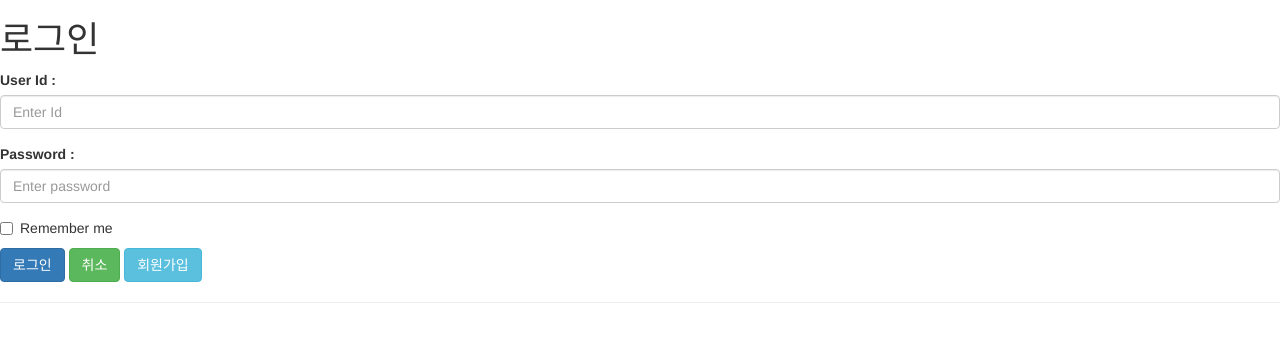
Repository: yjeongyjeong/jsp
Page: http://localhost/web-study-09-re/member/join.jsp
These files come from the project's save history. The page is drawn as it stood at one moment and after the next save; the edit follows.
The browser window is 1280 px wide. The pictures show the whole page.
The page is served by Tomcat 9.

Above is the page before, as saved 2023-10-16 06:22:09.

After the next save:
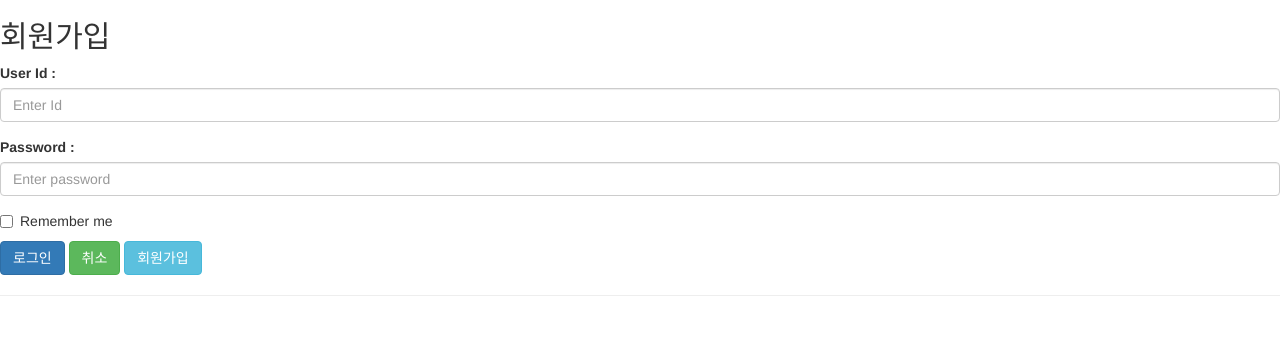
Saved 16 s later.
--- a/web-study-09-re/src/main/webapp/member/join.jsp
+++ b/web-study-09-re/src/main/webapp/member/join.jsp
@@ -18,7 +18,7 @@
 <title>Insert title here</title>
 </head>
 <body>
-	<h1>로그인</h1>
+	<h2>회원가입</h2>
 	<form action="login.do" method="post" name="frm"><!-- 서블릿으로 보냄 폼태그?컨텍스트패스?쿼리스트링?은 login.do가 되고 서블릿에서 post로 받도록 함 name도 지정함(js)에서 사용-->
 		<div class="form-group">
 			<label for="userid">User Id :</label> <input type="text"
